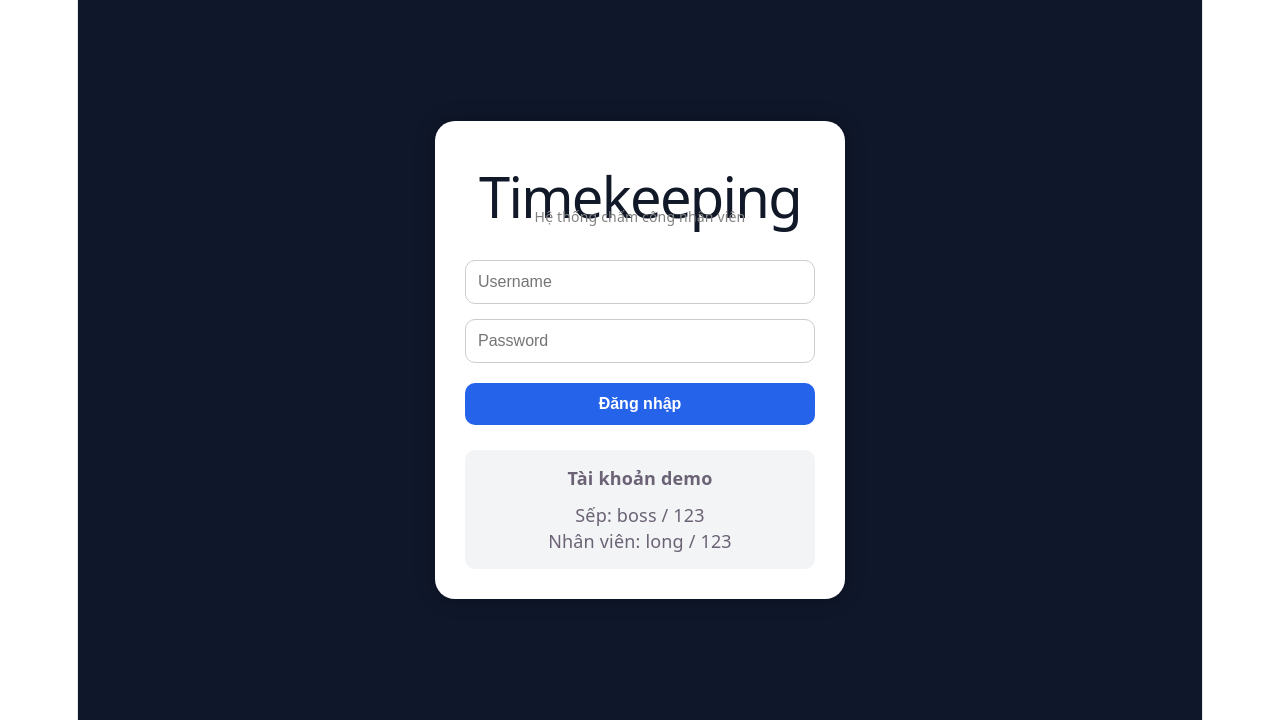
Repository: lgitacc01/timekeeping
Page: / (app in frontend/)
These files come from the project's save history. The page is drawn as it stood at one moment and after the next save; the edit follows.
The browser window is 1280 px wide. The pictures show the whole page.
The project was rebuilt for these pictures with package versions that can differ from the ones it lists, and the page was loaded fresh each time. Also part of the build but not shown: frontend/vite.config.js, frontend/src/pages/EmployeeDashboard.jsx, frontend/src/pages/ManagerDashboard.jsx.

Above is the page before, as saved 2026-05-25 22:30:10.

After the next save:
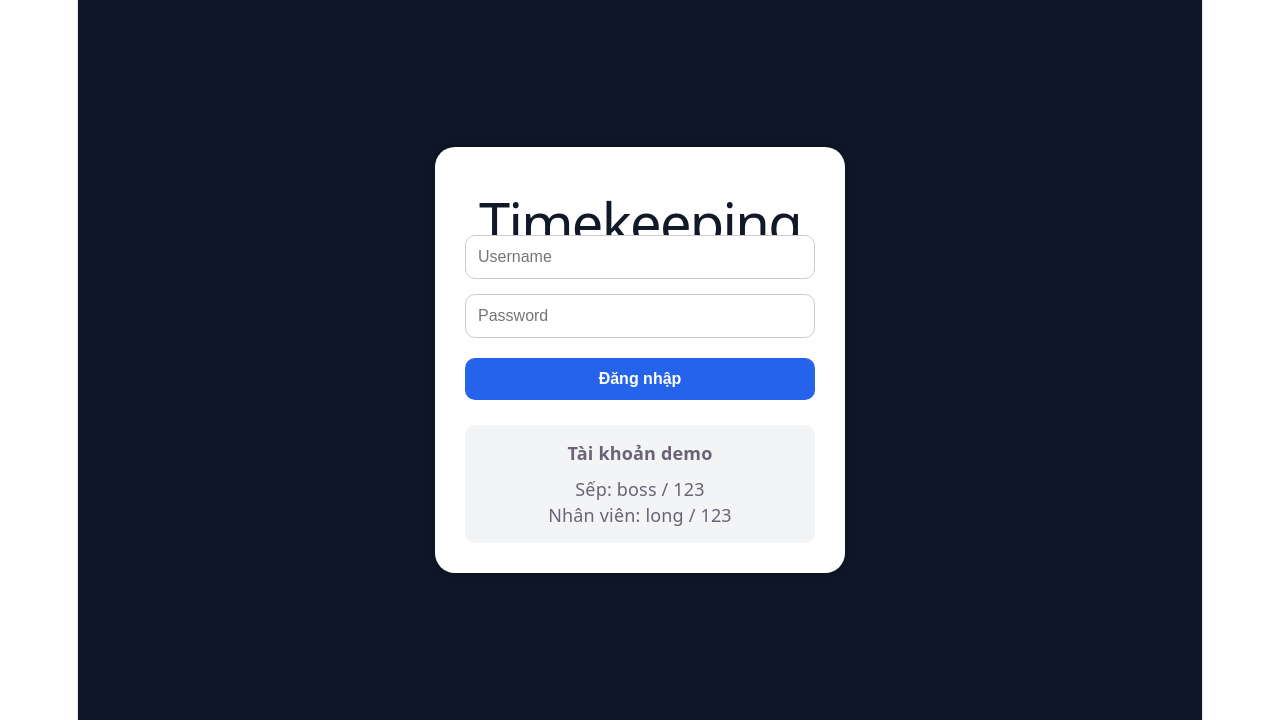
Saved 25 s later.
--- a/frontend/src/pages/Login.jsx
+++ b/frontend/src/pages/Login.jsx
@@ -73,17 +73,6 @@ function Login() {
                     Timekeeping
                 </h1>
 
-                <p
-                    style={{
-                        textAlign: "center",
-                        color: "gray",
-                        marginTop: -5,
-                        marginBottom: 30,
-                        fontSize: 14
-                    }}
-                >
-                    Hệ thống chấm công nhân viên
-                </p>
 
                 <input
                     placeholder="Username"
